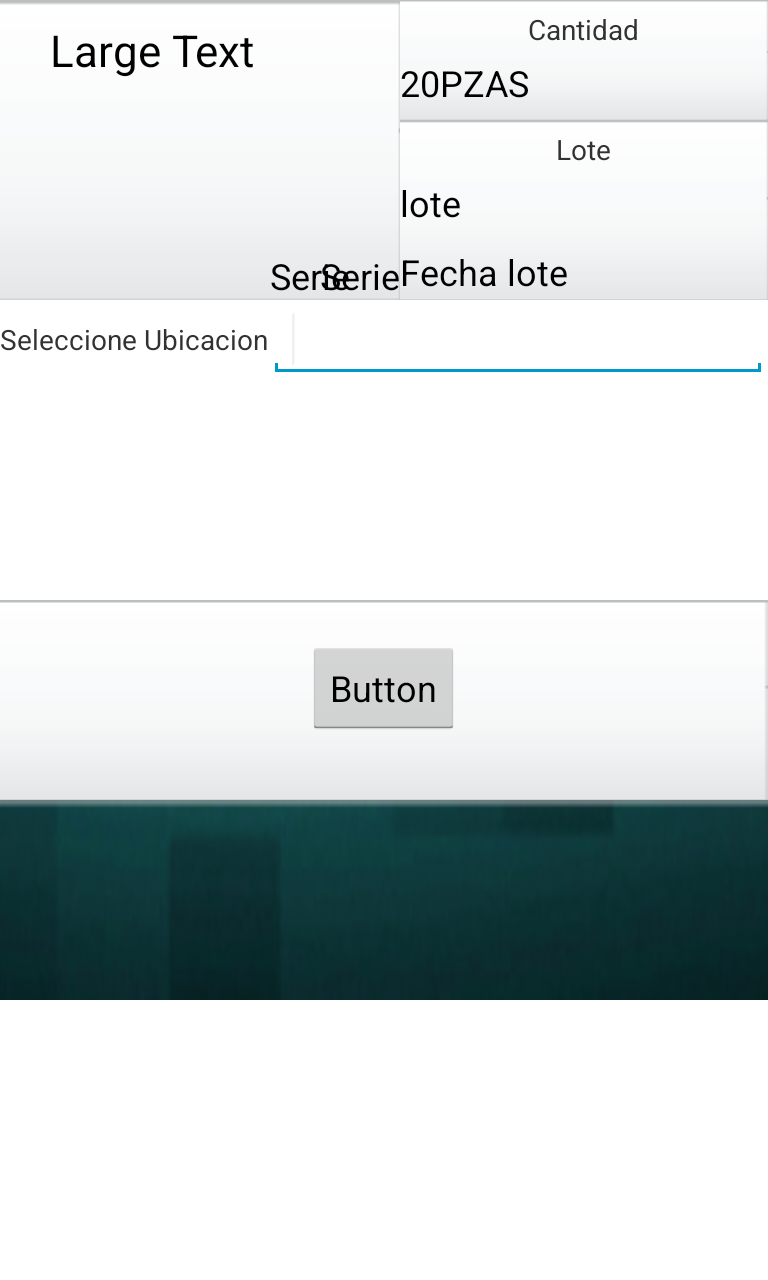
Repository: moynard/PeanutAndroid
Layout: WHSStorekeeper/res/layout/detail_arrivados.xml
The author's editor kept a copy of each file at every save. The layout is drawn from the files as they stood at one save, then again after the next save.
It is drawn on a 768 x 1280 px phone screen (xhdpi) without system bars, with theme AppTheme; the app's code is not run.

Above is the layout before, as saved 2013-07-25 01:10:19.

### WHSStorekeeper/res/layout/detail_arrivados.xml
<?xml version="1.0" encoding="utf-8"?>
<RelativeLayout xmlns:android="http://schemas.android.com/apk/res/android"
    android:layout_width="match_parent"
    android:layout_height="match_parent"
    android:orientation="vertical" >

    <RelativeLayout
       android:id="@+id/layoutProducto"
        android:layout_width="200dp"
        android:layout_height="150dp"
        android:layout_alignParentLeft="true"
        android:layout_alignParentTop="true"
        android:background="@drawable/bgproducto"
         >

        <TextView
            android:id="@+id/txtProducto"
            android:layout_width="150dp"
            android:layout_height="wrap_content"
            android:layout_below="@+id/lblProducto"
            android:layout_centerHorizontal="true"
            android:layout_marginTop="10dp"
            android:lines="4"

            android:text="Large Text"
            android:textAppearance="?android:attr/textAppearanceLarge" />
<TextView
                    android:id="@+id/lblserie"
                    android:layout_width="wrap_content"
                    android:layout_height="wrap_content"
                    android:layout_alignParentBottom="true"
                    android:layout_alignRight="@+id/txtProducto"
                    android:text="Serie"
                    android:textAppearance="?android:attr/textAppearanceMedium" />
                <TextView
                    android:id="@+id/txtSerie"
                    android:layout_width="wrap_content"
                    android:layout_height="wrap_content"
                    android:layout_alignParentBottom="true"
                    android:layout_alignParentRight="true"
                    android:text="Serie"
                    android:textAppearance="?android:attr/textAppearanceMedium" />



    </RelativeLayout>
    <RelativeLayout
        android:id="@+id/layoutCantidad"
        android:layout_toRightOf="@+id/layoutProducto"
        android:layout_width="fill_parent"
        android:layout_height="60dp"

        android:background="@drawable/bgproducto"
         >
         <TextView
                android:id="@+id/lblCantidad"
                android:layout_width="wrap_content"
                android:layout_height="wrap_content"
                android:layout_alignParentTop="true"
                android:layout_centerHorizontal="true"
                android:layout_marginTop="5dp"
                android:text="Cantidad"
                android:textAppearance="?android:attr/textAppearanceSmall" />
            <TextView
                android:id="@+id/txtCantidad"
                android:layout_width="wrap_content"
                android:layout_height="wrap_content"
                android:layout_below="@+id/lblCantidad"
                android:layout_marginTop="5dp"
                android:text="20"
                android:textAppearance="?android:attr/textAppearanceMedium" />
            <TextView
                android:id="@+id/txtUnidad"
                android:layout_width="wrap_content"
                android:layout_height="wrap_content"
                android:layout_below="@+id/lblCantidad"
                android:layout_toRightOf="@+id/txtCantidad"
                android:layout_marginTop="5dp"
                android:text="PZAS"
                android:textAppearance="?android:attr/textAppearanceMedium" />


    </RelativeLayout>
    <RelativeLayout
        android:id="@+id/layoutLote"
        android:layout_toRightOf="@+id/layoutProducto"
        android:layout_below="@+id/layoutCantidad"
        android:layout_width="fill_parent"
        android:layout_height="90dp"
        android:background="@drawable/bgproducto"
         >
            <TextView
                android:id="@+id/lbLote"
                android:layout_width="wrap_content"
                android:layout_height="wrap_content"
                android:layout_alignParentTop="true"
                android:layout_centerHorizontal="true"
                android:layout_marginTop="5dp"
                android:text="Lote"
                android:textAppearance="?android:attr/textAppearanceSmall" />
            <TextView
                android:id="@+id/txtlote"
                android:layout_width="wrap_content"
                android:layout_height="wrap_content"
                android:layout_below="@+id/lbLote"
                android:layout_marginTop="5dp"

                android:text="lote"
                android:textAppearance="?android:attr/textAppearanceMedium" />
             <TextView
                android:id="@+id/txtFecalote"
                android:layout_width="wrap_content"
                android:layout_height="wrap_content"
                android:layout_below="@+id/txtlote"
                android:layout_marginTop="10dp"
                android:text="Fecha lote"
                android:textAppearance="?android:attr/textAppearanceMedium" />

    </RelativeLayout>

    <RelativeLayout
        android:id="@+id/layoutinfo"
        android:layout_width="fill_parent"
        android:layout_height="150dp"
        android:layout_alignParentLeft="true"
        android:layout_below="@+id/layoutProducto"
         >
             <TextView
                     android:id="@+id/lblUbicacion"
                     android:layout_width="wrap_content"
                     android:layout_height="wrap_content"
                      android:layout_alignParentLeft="true"
					android:layout_marginTop="10dp"
                     android:text="Seleccione Ubicacion"

                      />

                  <AutoCompleteTextView
                 android:id="@+id/autocomplete"
                 android:layout_width="fill_parent"
                 android:layout_height="wrap_content"

                android:layout_toRightOf="@+id/lblUbicacion"
                 android:ems="10"
                 android:singleLine="true" >
                 <requestFocus />
             </AutoCompleteTextView>




    </RelativeLayout>
      <RelativeLayout
        android:id="@+id/layoutBoton"
        android:layout_width="fill_parent"
        android:layout_height="100dp"
        android:layout_alignParentLeft="true"
        android:layout_below="@+id/layoutinfo"
                android:background="@drawable/bgproducto"

         >

               <Button
                      android:id="@+id/sendUbicacion"
                      android:layout_width="wrap_content"
                      android:layout_height="wrap_content"
                      android:layout_below="@+id/autocomplete"
                      android:layout_centerHorizontal="true"
                      android:layout_marginTop="20dp"
                      android:text="Button" />
    </RelativeLayout>
     <RelativeLayout
        android:id="@+id/layoutFoter"
        android:layout_width="fill_parent"
        android:layout_height="100dp"
        android:layout_alignParentLeft="true"
        android:layout_below="@+id/layoutBoton"
        android:background="@drawable/bgfoot"
         >
    </RelativeLayout>

</RelativeLayout>

Loaded but not shown: WHSStorekeeper/res/values/styles.xml (common file); WHSStorekeeper/res/values-v11/styles.xml (common file); WHSStorekeeper/res/values-v14/styles.xml (common file)

After the next save:
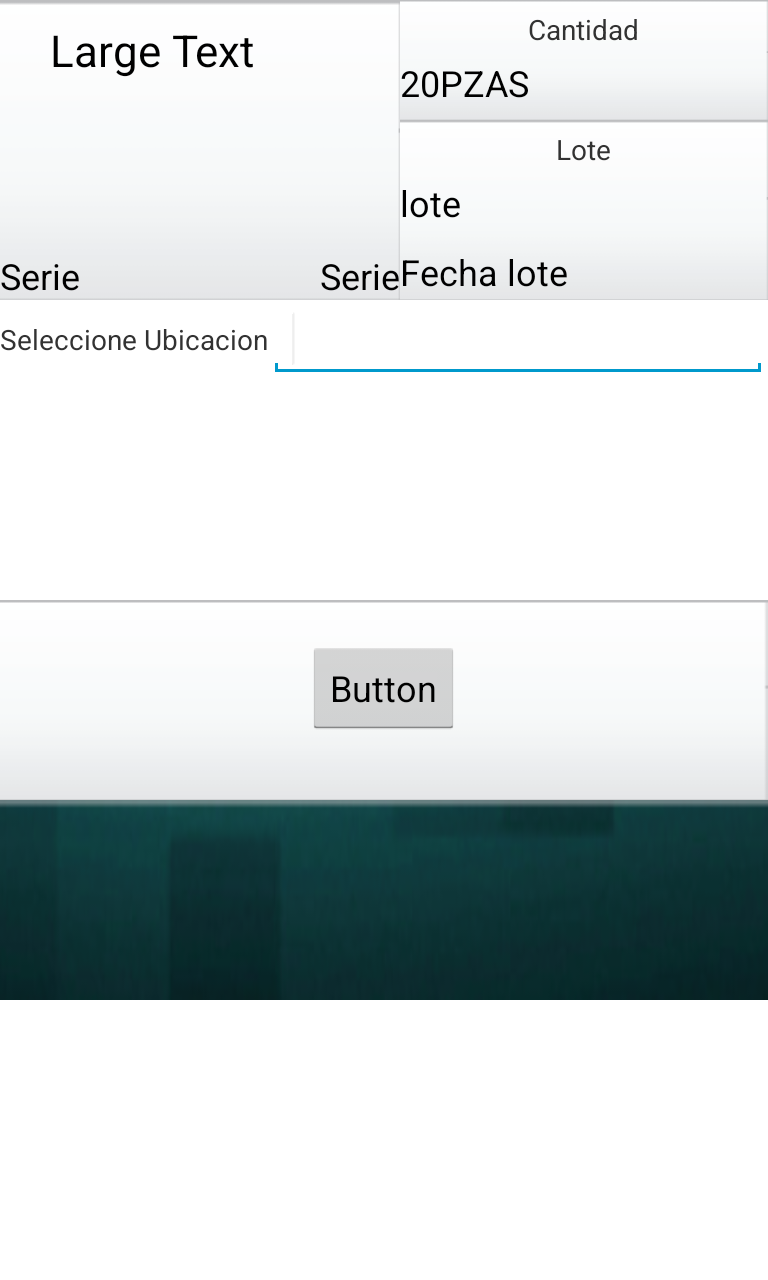
Saved 81 s later.
--- a/WHSStorekeeper/res/layout/detail_arrivados.xml
+++ b/WHSStorekeeper/res/layout/detail_arrivados.xml
@@ -29,7 +29,6 @@
                     android:layout_width="wrap_content"
                     android:layout_height="wrap_content"
                     android:layout_alignParentBottom="true"
-                    android:layout_alignRight="@+id/txtProducto"
                     android:text="Serie"
                     android:textAppearance="?android:attr/textAppearanceMedium" />
                 <TextView
